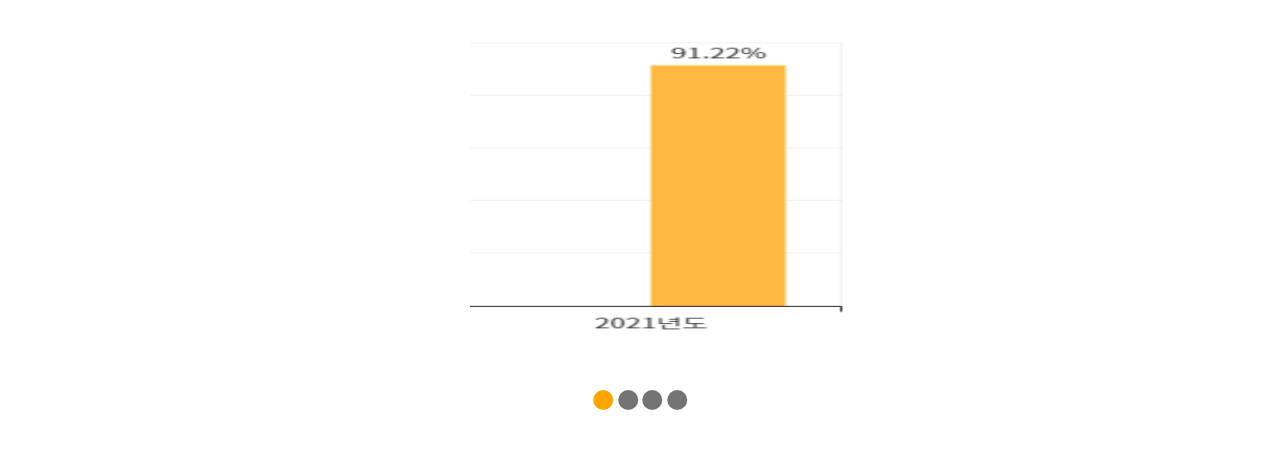
Repository: JavaJin96/kr.or.ddit.HighJava
Page: http://localhost/TeamProjectDCUM/work_psj/iframe_psj/getwork.jsp
The author's editor kept a copy of each file at every save. The page is drawn from the files as they stood at one save, then again after the next save.
The browser window is 1280 px wide. The pictures show the whole page.
The page is served by Tomcat 9.

Above is the page before, as saved 2022-02-16 00:58:22.

After the next save:
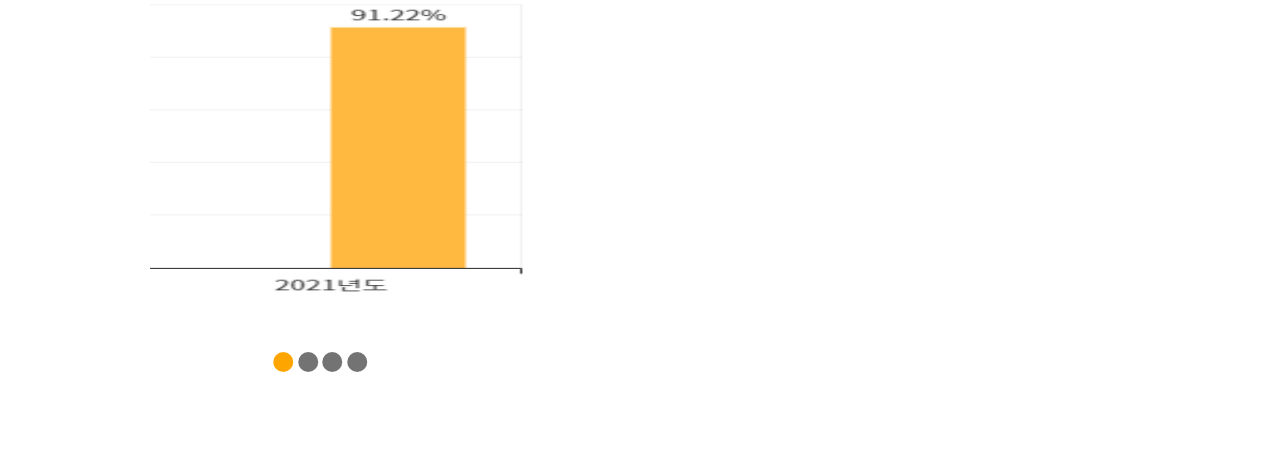
Saved 8 min 8 s later.
--- a/3.Highjava/workspace/TeamProjectDCUM/WebContent/work_psj/iframe_psj/getwork.jsp
+++ b/3.Highjava/workspace/TeamProjectDCUM/WebContent/work_psj/iframe_psj/getwork.jsp
@@ -16,7 +16,6 @@
     width: 640px;
     height: 400px;
     position: relative;
-    margin: 3% auto;
     overflow: hidden; /* 현재 슬라이드 오른쪽에 위치한 나머지 슬라이드 들이 보이지 않도록 가림 */
 /*     text-align: center; */
 	display: flex;
